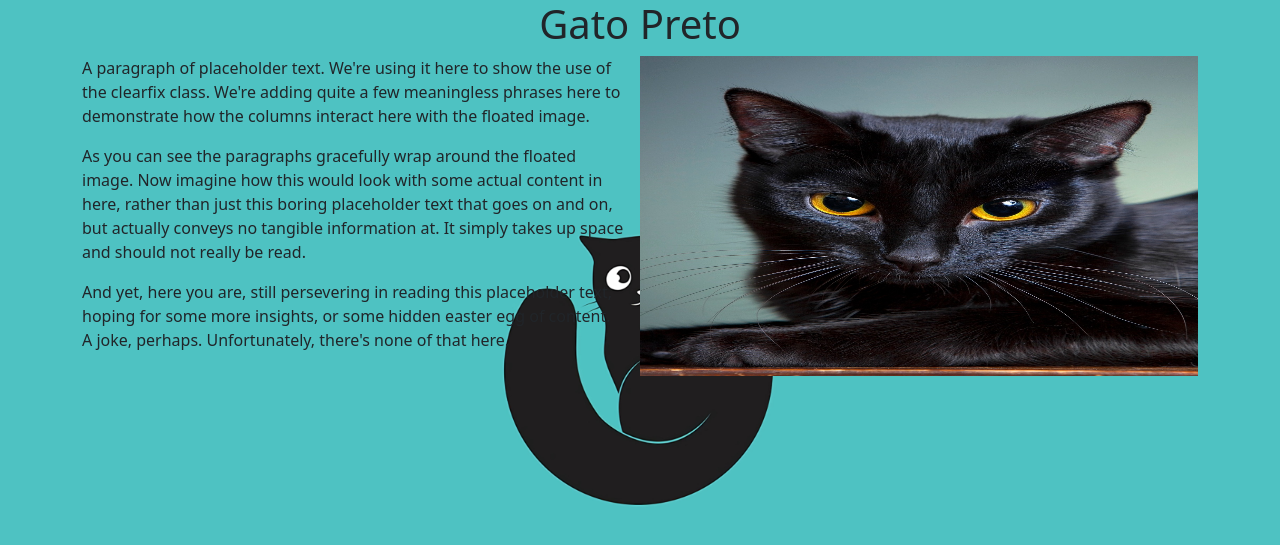
Repository: SktYzu/gatitu
Page: index.html
An editor plug-in stored every save of this project. The page is shown before and after the next save, followed by the edit.
The browser window is 1280 px wide. The pictures show the whole page.

Above is the page before, as saved 2023-11-27 15:04:11.

After the next save:
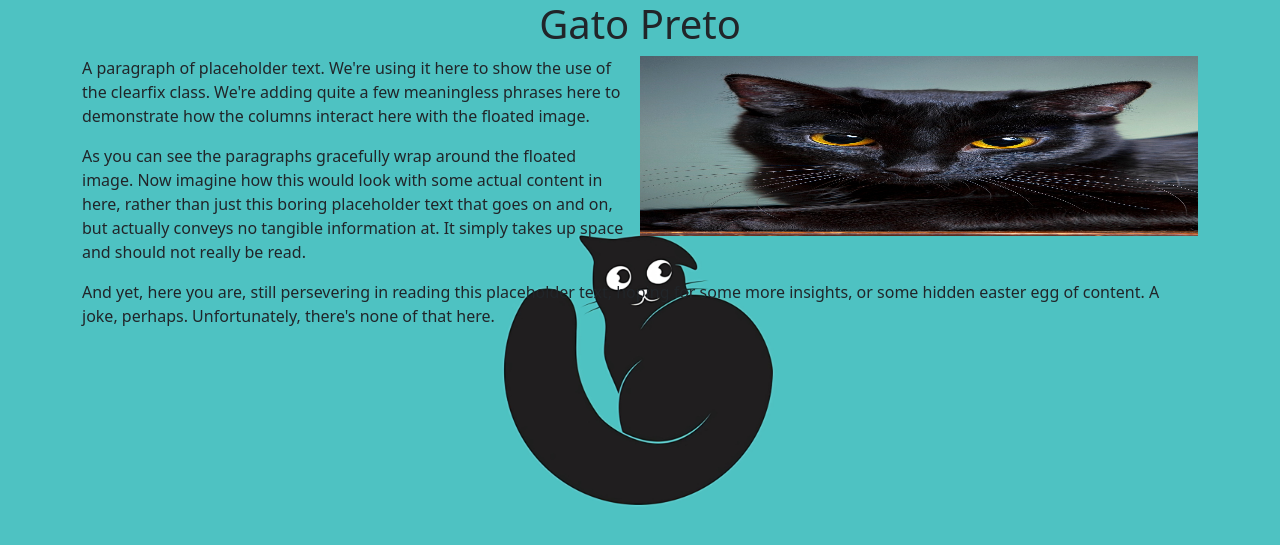
Saved 6 s later.
--- a/index.html
+++ b/index.html
@@ -23,7 +23,7 @@
     <div class="container">
 
         <div class="clearfix">
-            <img src="preto.jpg" class="col-md-6 float-md-end mb-3 ms-md-3" alt="..." width="30%" height="320px">
+            <img src="preto.jpg" class="col-md-6 float-md-end mb-3 ms-md-3" alt="..." width="30%" height="180px">
 
             <p>
                 A paragraph of placeholder text. We're using it here to show the use of the clearfix class. We're adding
